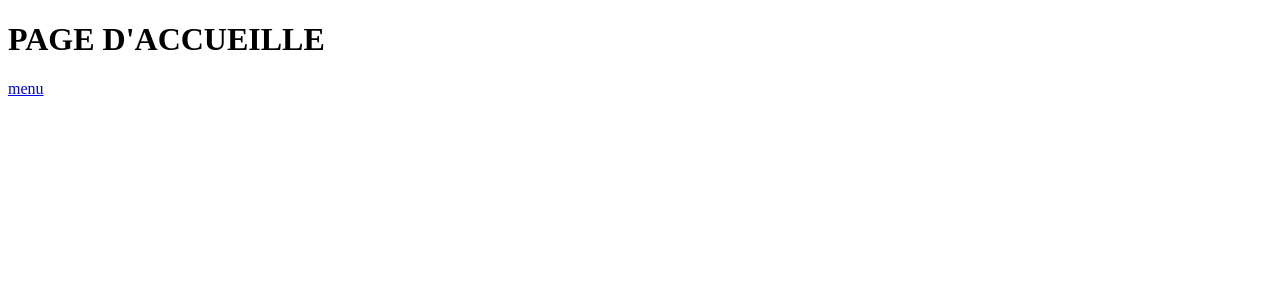
Repository: teddyruppin/GitFormateur
Page: http://localhost/JSP01/web/exercice3.jsp
The author's editor kept a copy of each file at every save. The page is drawn from the files as they stood at one save, then again after the next save.
The browser window is 1280 px wide. The pictures show the whole page.
The page is served by Tomcat 9. Other server files are loaded and not shown.

Above is the page before, as saved 2020-01-03 15:31:14.

### src/projpoo1/JSP01/WebContent/web/exercice3.jsp
<%@ page language="java" contentType="text/html; charset=ISO-8859-1"
	pageEncoding="ISO-8859-1"%>
<!DOCTYPE html>
<html>
<head>
<meta charset="ISO-8859-1">
<title>Insert title here</title>
</head>
<body>

	<h1>PAGE D'ACCUEILLE</h1>
	<div class="row">
		<div class="col-auto">
			<form action="SaisirUtil" method="post" class="form">
			<label type="text" class="form-control" size="50"
			 placeholder="Nom d'utilisateur" id="Mdp" name="Mdp"
			 required >
			</label>



			</form>
		</div>
	</div>




	<a href='<c:url value="../index.jsp" />'> menu </a>
</body>
</html>

After the next save:
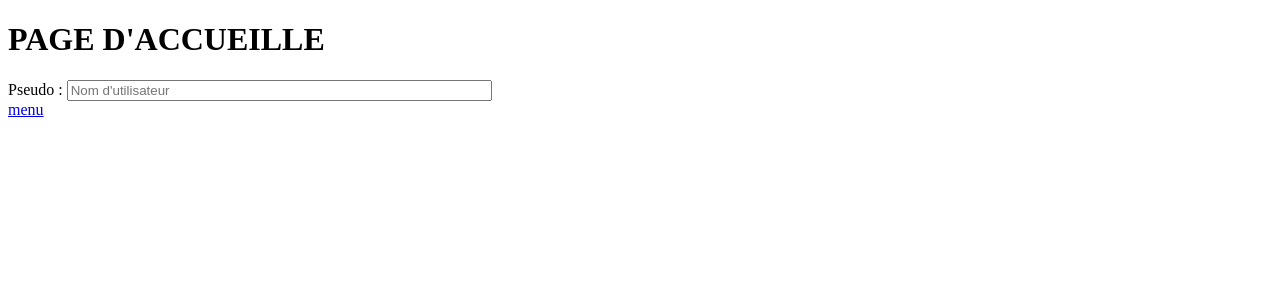
Saved 2 min 9 s later.
--- a/src/projpoo1/JSP01/WebContent/web/exercice3.jsp
+++ b/src/projpoo1/JSP01/WebContent/web/exercice3.jsp
@@ -12,10 +12,13 @@
 	<div class="row">
 		<div class="col-auto">
 			<form action="SaisirUtil" method="post" class="form">
-			<label type="text" class="form-control" size="50"
+			<label for="Nom" class="col-6 col-form-label"> Pseudo : </label>
+			<input type="text" class="form-control" size="50"
 			 placeholder="Nom d'utilisateur" id="Mdp" name="Mdp"
-			 required >
-			</label>
+			 required>
+
+
+
 
 
 
